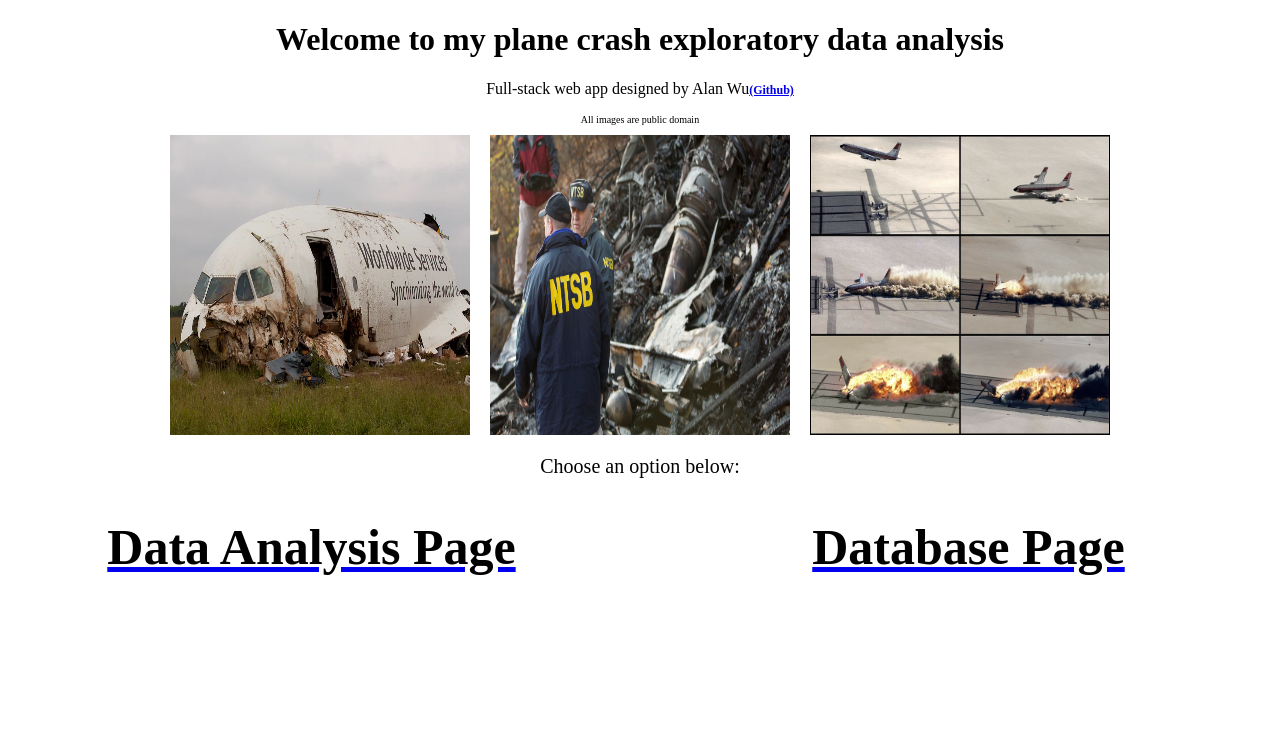
Repository: aw4630/plane-crash-EDA
Page: / (app in frontend/planecrasheda/)
The author's editor kept a copy of each file at every save. The page is drawn from the files as they stood at one save, then again after the next save.
The browser window is 1280 px wide. The pictures show the whole page.
The project was rebuilt for these pictures with package versions that can differ from the ones it lists, and the page was loaded fresh each time. Some packages were replaced by stand-ins written for this rebuild. The framework's server and built-in components were replaced by stand-ins that run in the browser.

Above is the page before, as saved 2024-09-19 01:27:18.

### frontend/planecrasheda/pages/_app.js
import React from 'react';

function MyApp({ Component, pageProps }) {
  return <Component {...pageProps} />;
}

export default MyApp;

### frontend/planecrasheda/pages/index.js
import HomePage from '../components/HomePage';

export default function Home() {
  return <HomePage />;
}

### frontend/planecrasheda/components/HomePage.js
import React from 'react';
import Link from 'next/link';
import Image from 'next/image';

function HomePage() {
  return (
    <div style={{
      backgroundColor: '#ffffff',
      minHeight: '100vh',
      padding: '0px'
    }}>
      <div style={{ textAlign: 'center' }}>
        <h1>Welcome to my plane crash exploratory data analysis</h1>
        <p>Full-stack web app designed by Alan Wu
          <Link href="https://github.com/aw4630/plane-crash-EDA">
            <a style={{ fontSize: '12px', fontWeight: 'bold' }}>(Github)</a>
          </Link>
        </p>

        <p style={{ fontSize: '10px' }}>All images are public domain</p>
        <div style={{ display: 'flex', justifyContent: 'center', alignItems: 'center', gap: '20px', marginTop: '5px' }}>
          <Image src="/asndb.png" alt="Image 1" width={300} height={300} />
          <Image src="/ntsb.jpeg" alt="Image 2" width={300} height={300} />
          <Image src="/crash.jpeg" alt="Image 3" width={300} height={300} />
        </div>

        <p style={{ fontSize: '20px' }}>Choose an option below:</p>

        <div style={{ display: 'flex', justifyContent: 'center', gap: '50px', marginTop: '20px' }}>
          <div style={{ textAlign: 'center', flex: 1 }}>
            <Link href="/analysis">
              <a className="highlight-box" style={{
                fontSize: '50px',
                fontWeight: 'bold',
                color: '#000',
                padding: '20px',
                textDecoration: 'none',
                display: 'block',
              }}>
                Data Analysis Page
              </a>
            </Link>
            {/* Rest of the Data Analysis section */}
          </div>

          <div style={{ textAlign: 'center', flex: 1 }}>
            <Link href="/database">
              <a className="highlight-box" style={{
                fontSize: '50px',
                fontWeight: 'bold',
                color: '#000',
                padding: '20px',
                textDecoration: 'none',
                display: 'block',
              }}>
                Database Page
              </a>
            </Link>
            {/* Rest of the Database section */}
          </div>
        </div>

        <style jsx>{`
          .highlight-box:hover {
            background-color: #dddddd;
            color: white;
            border-radius: 10px;
          }
        `}</style>
      </div>
    </div>
  );
}

export default HomePage;

After the next save:
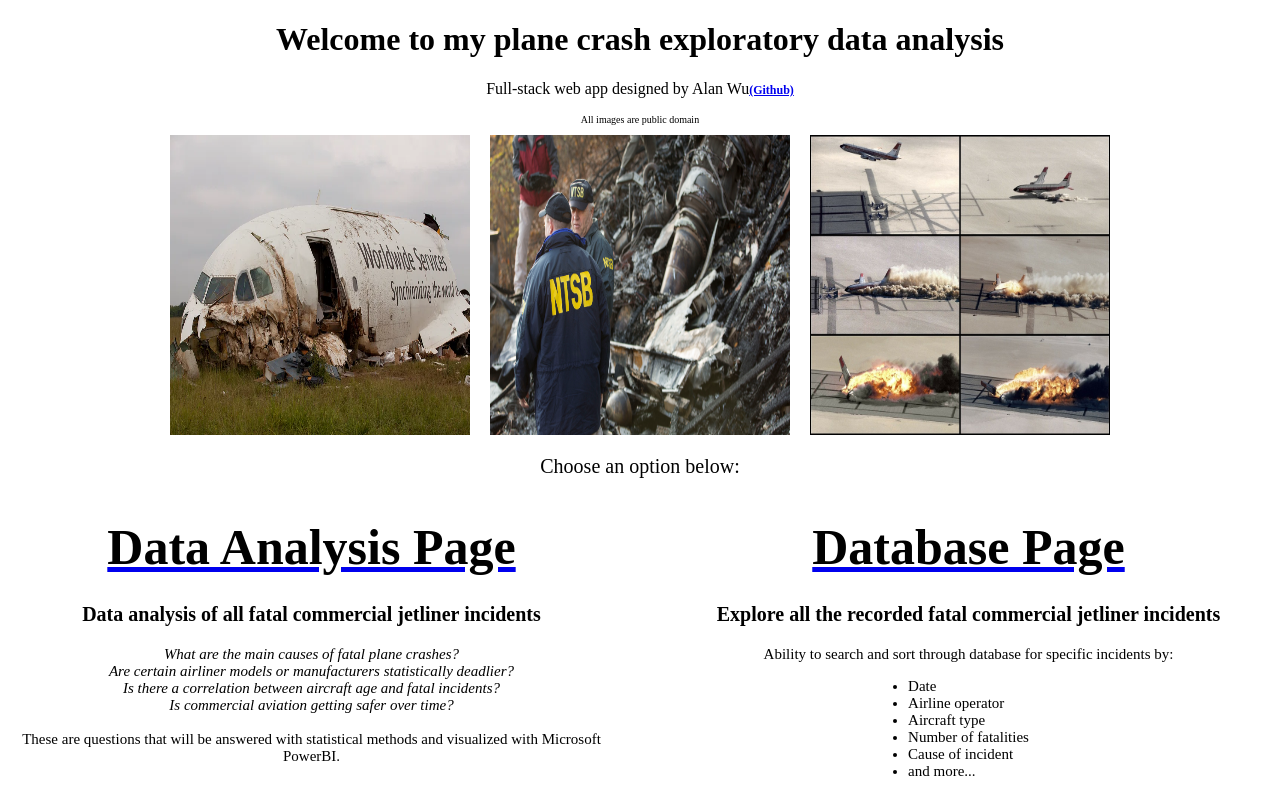
Saved 5 min 35 s later.
--- a/frontend/planecrasheda/components/HomePage.js
+++ b/frontend/planecrasheda/components/HomePage.js
@@ -40,9 +40,19 @@ function HomePage() {
                 Data Analysis Page
               </a>
             </Link>
-            {/* Rest of the Data Analysis section */}
+            <p style={{ marginTop: '7px', fontSize: '20px' }}>
+              <strong>Data analysis of all fatal commercial jetliner incidents</strong>
+            </p>
+            <p style={{ marginTop: '7px', fontSize: '15px' }}>
+              <i>What are the main causes of fatal plane crashes?</i> <br />
+              <i>Are certain airliner models or manufacturers statistically deadlier?</i> <br />
+              <i>Is there a correlation between aircraft age and fatal incidents?</i> <br />
+              <i>Is commercial aviation getting safer over time?</i> <br /> <br />
+              These are questions that will be answered with statistical methods and visualized with Microsoft PowerBI.
+            </p>
           </div>
 
+          {/* Database Section */}
           <div style={{ textAlign: 'center', flex: 1 }}>
             <Link href="/database">
               <a className="highlight-box" style={{
@@ -56,10 +66,24 @@ function HomePage() {
                 Database Page
               </a>
             </Link>
-            {/* Rest of the Database section */}
+            <p style={{ marginTop: '7px', fontSize: '20px' }}>
+              <strong>Explore all the recorded fatal commercial jetliner incidents</strong>
+            </p>
+            <p style={{ marginTop: '7px', fontSize: '15px' }}>
+              Ability to search and sort through database for specific incidents by:
+            </p>
+            <ul style={{ textAlign: 'left', display: 'inline-block', margin: '0 auto', padding: '0', fontSize: '15px' }}>
+              <li>Date</li>
+              <li>Airline operator</li>
+              <li>Aircraft type</li>
+              <li>Number of fatalities</li>
+              <li>Cause of incident</li>
+              <li>and more...</li>
+            </ul>
           </div>
         </div>
 
+        {/* Internal style for hover effect */}
         <style jsx>{`
           .highlight-box:hover {
             background-color: #dddddd;
